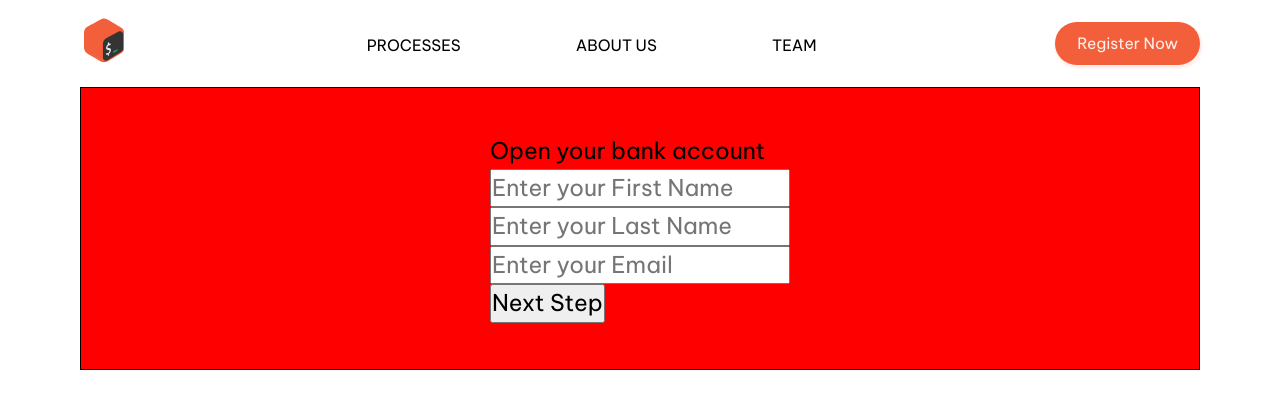
Repository: Esraa22M/Banking_Site
Page: index.html
These files come from the project's save history. The page is drawn as it stood at one moment and after the next save; the edit follows.
The browser window is 1280 px wide. The pictures show the whole page.

Above is the page before, as saved 2022-10-31 16:47:54.

After the next save:
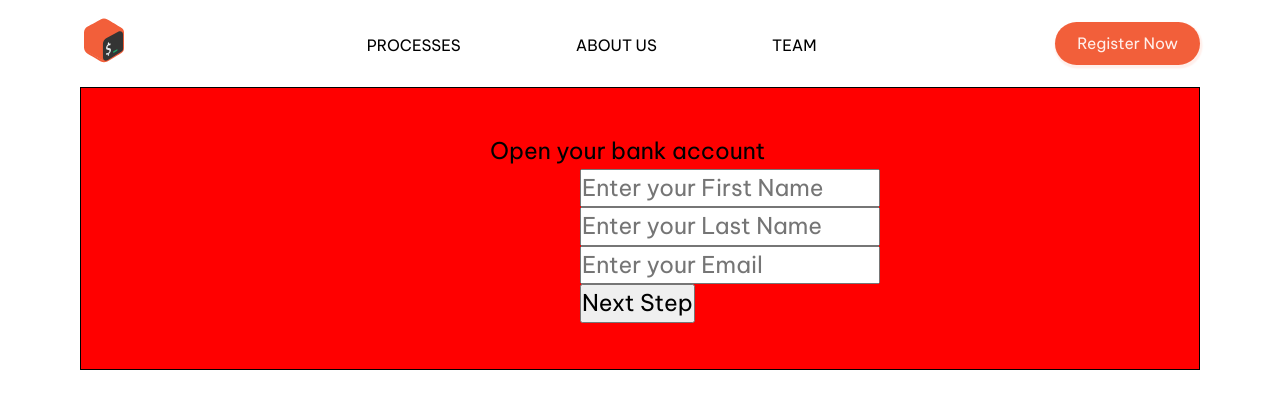
Saved 24 s later.
--- a/style.css
+++ b/style.css
@@ -195,6 +195,10 @@
   padding: 2em 0;
   border: 1px solid var(--clr-neutral-900);
 }
+.create__account--form {
+  width: 40%;
+  margin: auto;
+}
 /* media query for mobile screen */
 @media (max-width: 40em) {
   /* navigation list style */

After the save that followed:
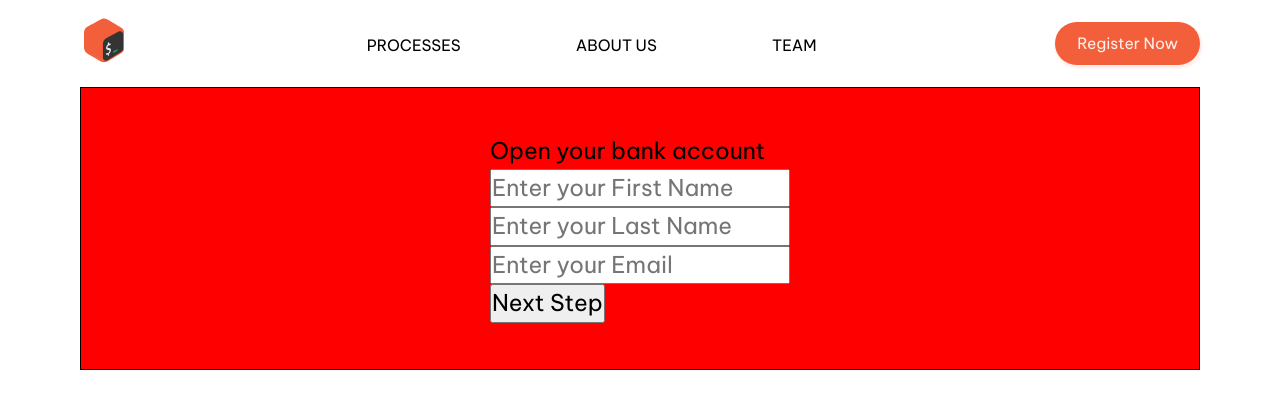
Saved 17 s later.
--- a/style.css
+++ b/style.css
@@ -197,7 +197,6 @@
 }
 .create__account--form {
   width: 40%;
-  margin: auto;
 }
 /* media query for mobile screen */
 @media (max-width: 40em) {
